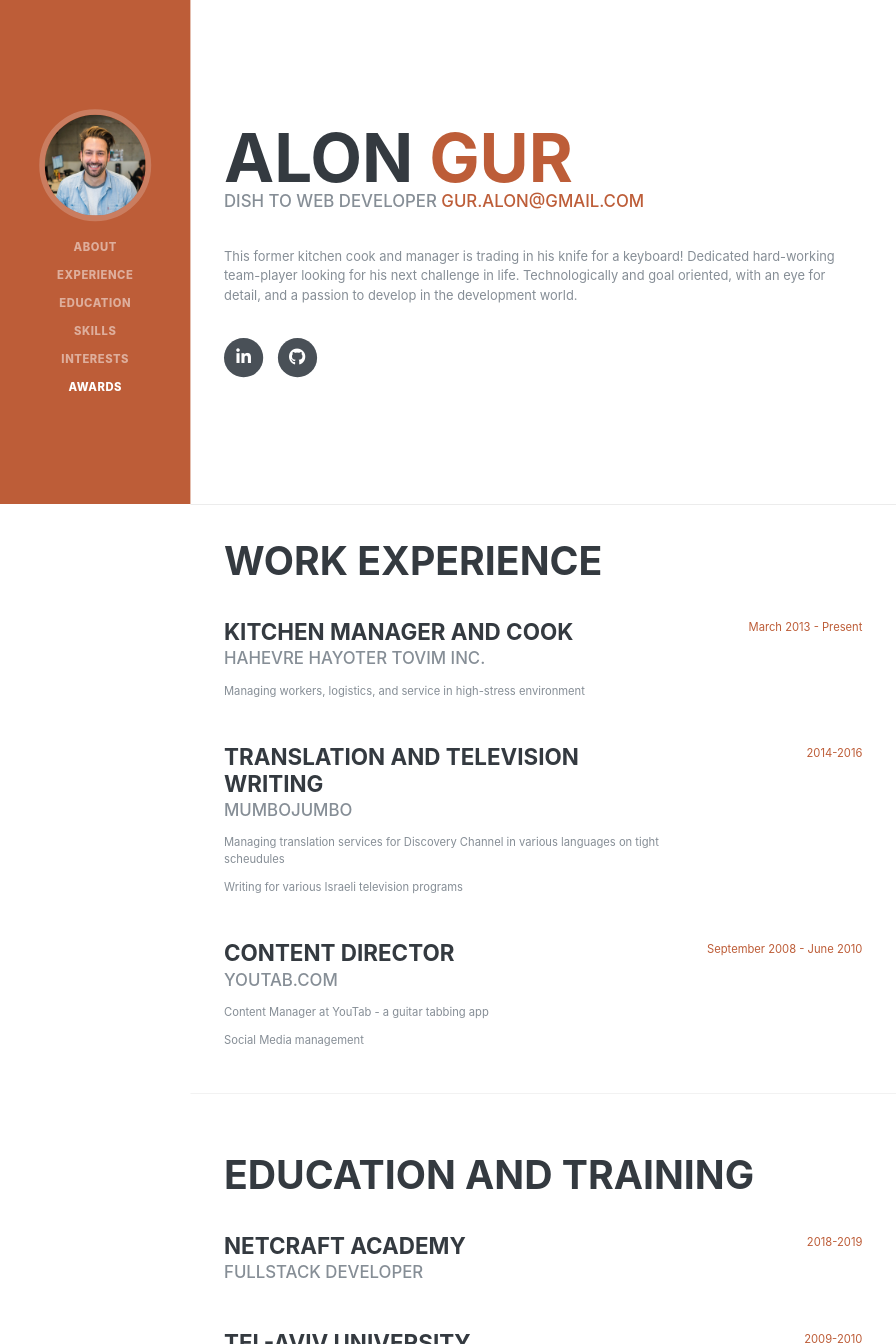
Repository: AlonGur/resume
Page: index.html
These files come from the project's save history. The page is drawn as it stood at one moment and after the next save; the edit follows.
The browser window is 1280 px wide. The pictures show the part of the page from y = 0 to 1920 px (the page is 3726 px tall), at 70% of full size.
Some web fonts or font styles are not loaded; a fallback is used.

Above is the page before, as saved 2019-06-07 16:22:13.

After the next save:
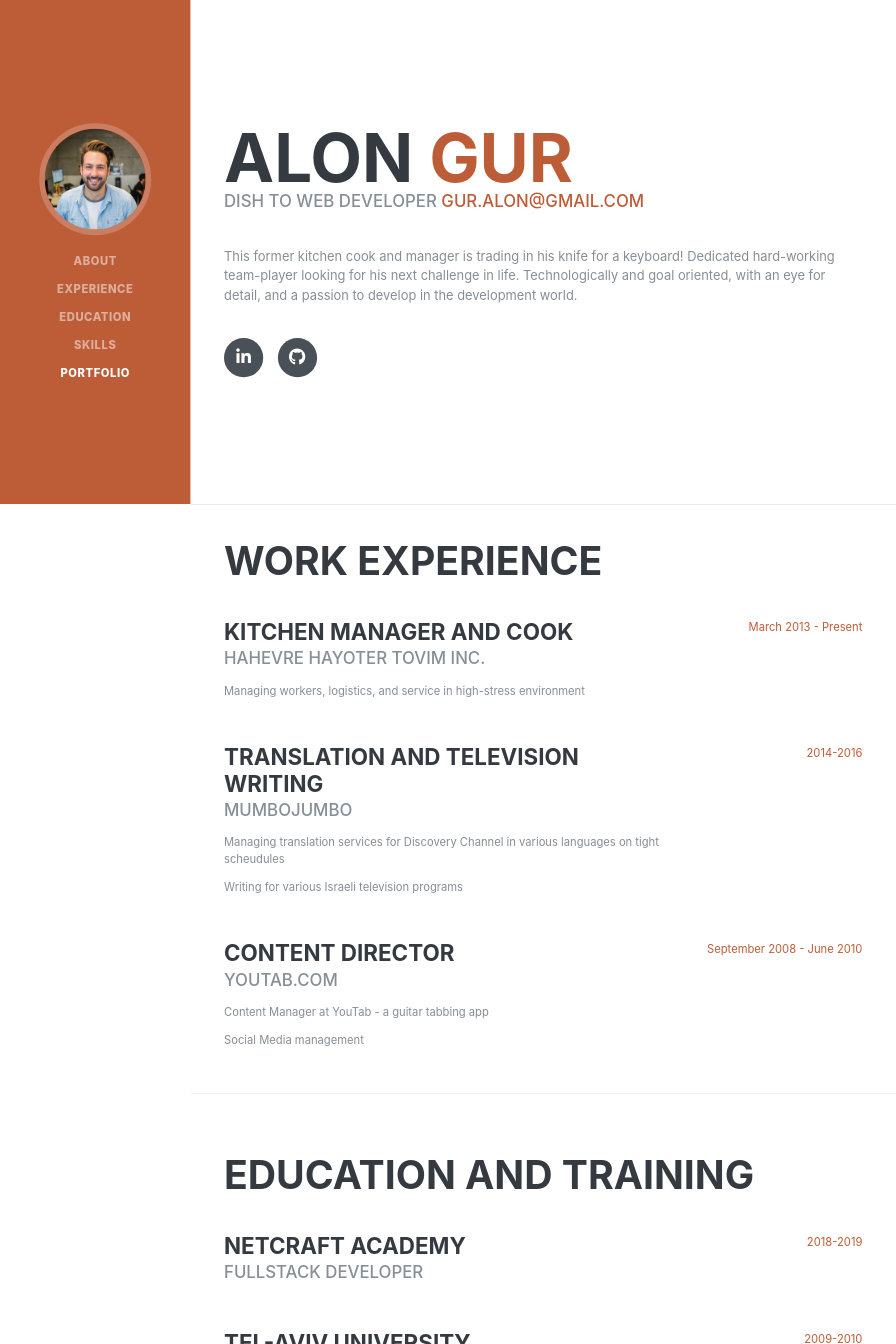
Saved 110 s later.
--- a/index.html
+++ b/index.html
@@ -49,11 +49,9 @@
         <li class="nav-item">
           <a class="nav-link js-scroll-trigger" href="#skills">Skills</a>
         </li>
-        <li class="nav-item">
-          <a class="nav-link js-scroll-trigger" href="#interests">Interests</a>
-        </li>
-        <li class="nav-item">
-          <a class="nav-link js-scroll-trigger" href="#awards">Awards</a>
+
+        <li class="nav-item">
+          <a class="nav-link js-scroll-trigger" href="#portfolio">Portfolio</a>
         </li>
       </ul>
     </div>
@@ -219,7 +217,7 @@
 
     <hr class="m-0">
 
-    <section class="resume-section p-3 p-lg-5 d-flex align-items-center" id="awards">
+    <section class="resume-section p-3 p-lg-5 d-flex align-items-center" id="portfolio">
       <div class="w-100">
         <h2 class="mb-5">Portfolio</h2>
         <ul class="fa-ul mb-0">
